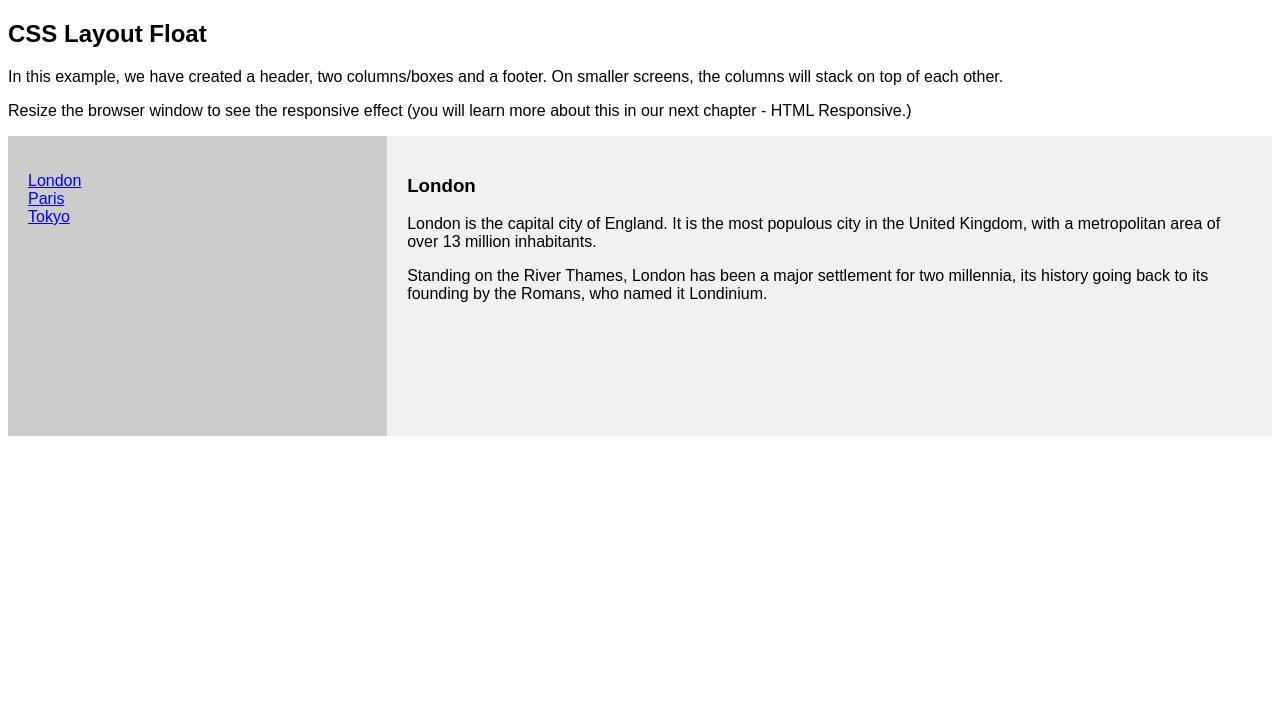
Repository: sandunigayanjali/Library_System
Page: http://localhost/library_management/bookProfille.jsp
These files come from the project's save history. The page is drawn as it stood at one moment and after the next save; the edit follows.
The browser window is 1280 px wide. The pictures show the whole page.
The page is served by Tomcat 9.

Above is the page before, as saved 2018-11-24 10:45:08.

After the next save:
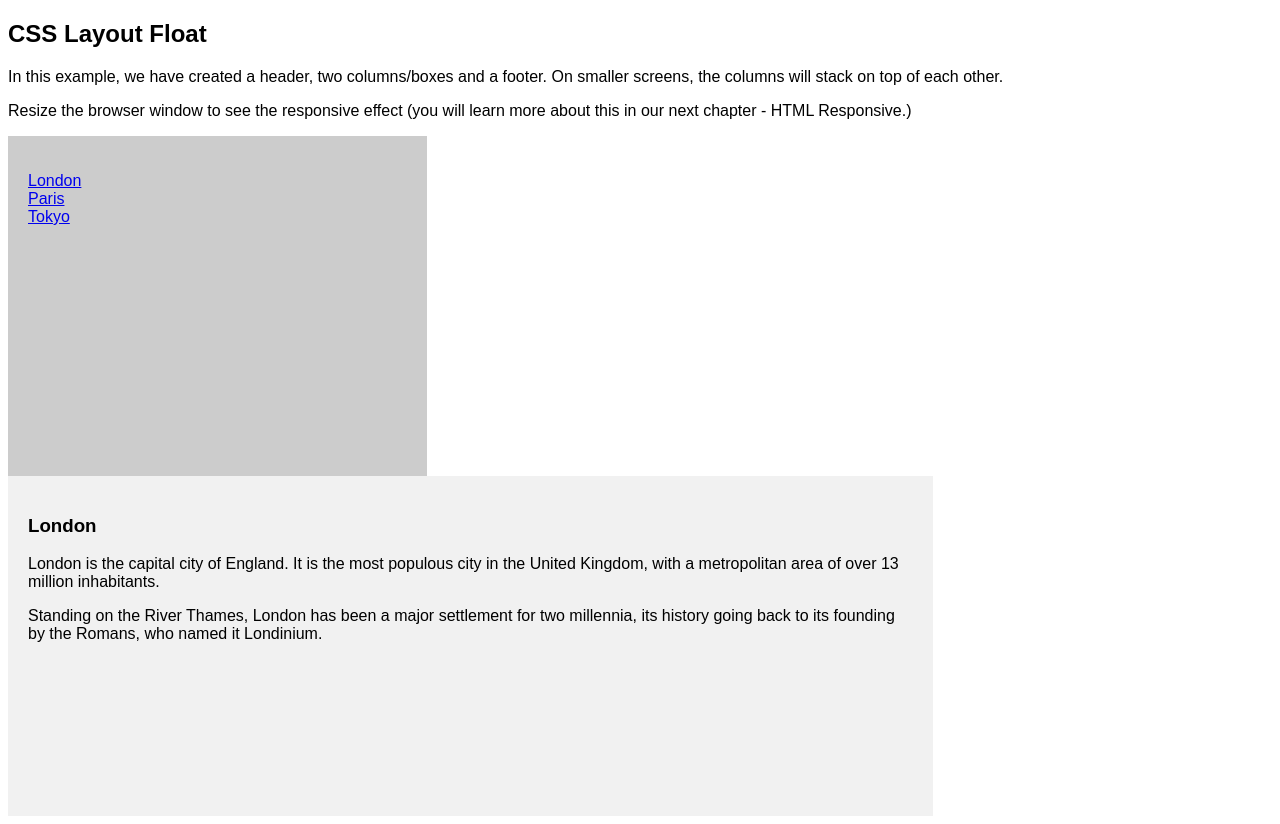
Saved 3 min 15 s later.
--- a/library management/WebContent/bookProfille.jsp
+++ b/library management/WebContent/bookProfille.jsp
@@ -9,9 +9,9 @@
 <title>Insert title here</title>
 
 <style>
-* {
+/** {
     box-sizing: border-box;
-}
+}*/
 
 body {
     font-family: Arial, Helvetica, sans-serif;

After the save that followed:
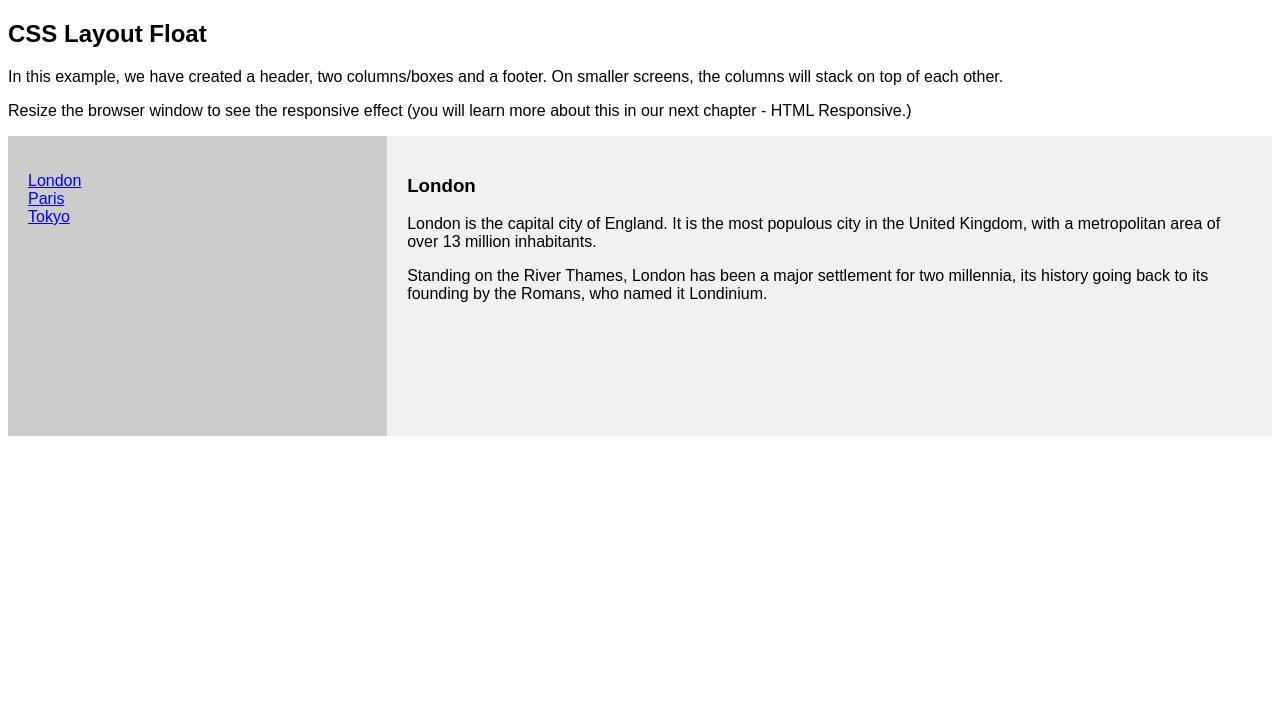
Saved 17 s later.
--- a/library management/WebContent/bookProfille.jsp
+++ b/library management/WebContent/bookProfille.jsp
@@ -9,9 +9,9 @@
 <title>Insert title here</title>
 
 <style>
-/** {
+* {
     box-sizing: border-box;
-}*/
+}
 
 body {
     font-family: Arial, Helvetica, sans-serif;
